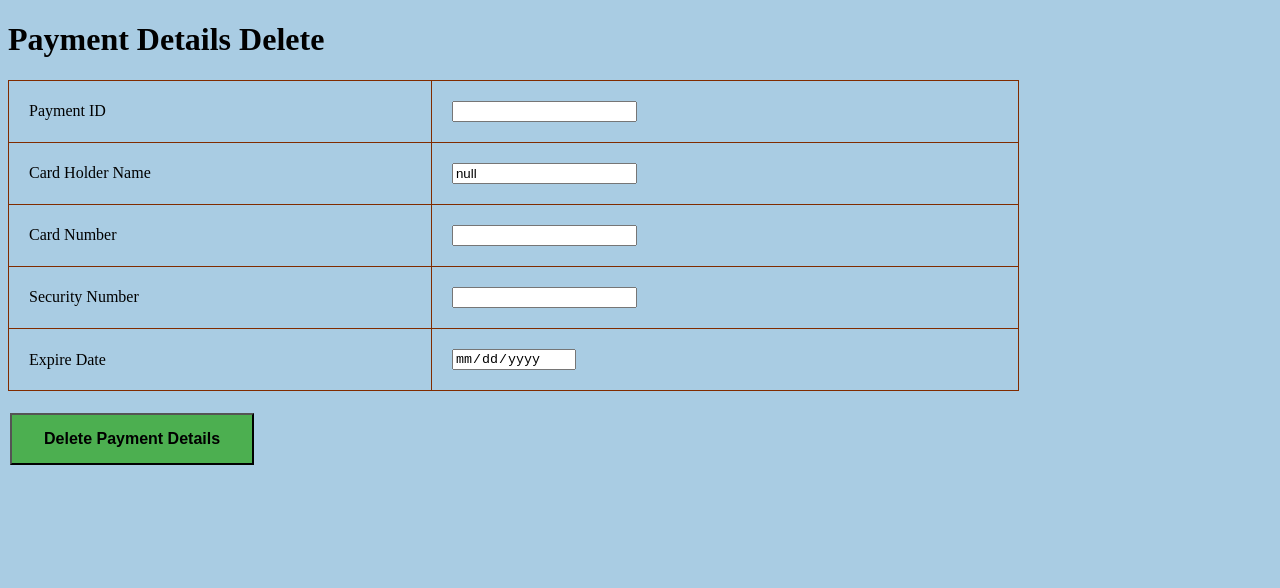
Repository: sandeepa9803/OOP---Online-Travel-web-application
Page: http://localhost/PaymentNew/deletepayment.jsp
The author's editor kept a copy of each file at every save. The page is drawn from the files as they stood at one save, then again after the next save.
The browser window is 1280 px wide. The pictures show the whole page.
The page is served by Tomcat 9. Other server files are loaded and not shown.

Above is the page before, as saved 2021-10-11 18:08:25.

### PaymentNew/WebContent/deletepayment.jsp
<%@ page language="java" contentType="text/html; charset=ISO-8859-1"
    pageEncoding="ISO-8859-1"%>
<!DOCTYPE html>
<html>
<head>




<style>

table, td, th {
  border: 1px solid #802b00;
  text-align: left;
}

table {
  border-collapse: collapse;
  width: 80%;
}

th, td {
  padding: 20px;
}


.button {
  background-color: #4CAF50;
  border: 1;
  color: black;
  padding: 15px 32px;
  text-align: center;
  text-decoration: none;
   font-weight: bold;
  display: inline-block;
  font-size: 16px;
  margin: 4px 2px;
  cursor: pointer;
}
body {
background-color:#A9CCE3  }



</style>














<meta charset="ISO-8859-1">
<title>Insert title here</title>
</head>
<body>

    <%
      String PaymentID=request.getParameter("PaymentID");
      String CardHoldersName=request.getParameter("CardHoldersName");
      String CardNumber=request.getParameter("CardNumber");
      String SecurityCode = request.getParameter("SecurityCode");
      String ExpireDate=request.getParameter("ExpireDate");
   %>

      <h1>Payment Details Delete </h1>

    <form action="delete" method ="post" >

    <table>

    <tr>
   <td>Payment ID </td>
   <td><input type ="number" name="paymentid" value="<%=PaymentID%>" readonly></td>
    </tr>

    <tr>
    <td> Card Holder Name </td>
     <td><input type ="text" name="cardholder" value="<%=CardHoldersName%>" readonly></td>
     </tr>

     <tr>
     <td>Card Number </td>
     <td><input type ="number" name="cardnum" value="<%=CardNumber%>" readonly></td>
     </tr>

     <tr>
     <td> Security Number </td>
     <td> <input type ="number" name="cvcnum" value="<%=SecurityCode%>" readonly> </td>
     </tr>

     <tr>
     <td> Expire Date </td>
     <td> <input type ="date" name="date" value="<%=ExpireDate%>" readonly></td>
     </tr>
     </table>
     <br>

    <input type ="submit" name="submit" value="Delete Payment Details" class="button">
    </form>






</body>
</html>

After the next save:
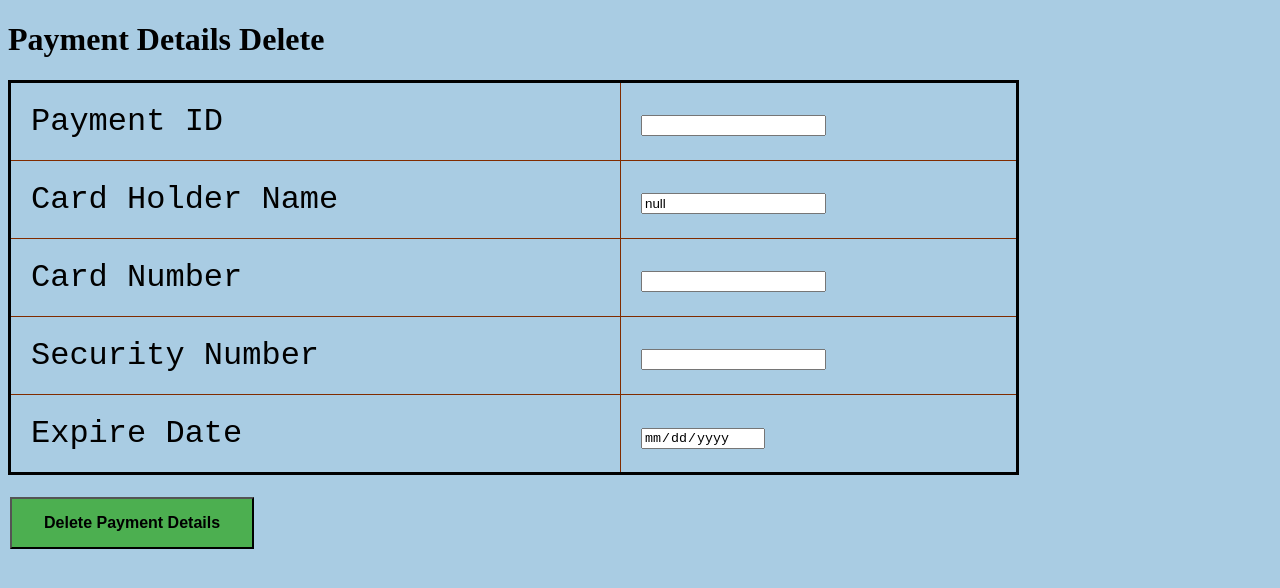
Saved 28 s later.
--- a/PaymentNew/WebContent/deletepayment.jsp
+++ b/PaymentNew/WebContent/deletepayment.jsp
@@ -39,6 +39,13 @@ th, td {
 }
 body {
 background-color:#A9CCE3  }
+
+table{
+   border:solid black ;
+   font-family:"Courier New", Courier, monospace;
+    font-size:200%;
+
+}
 
 
 
